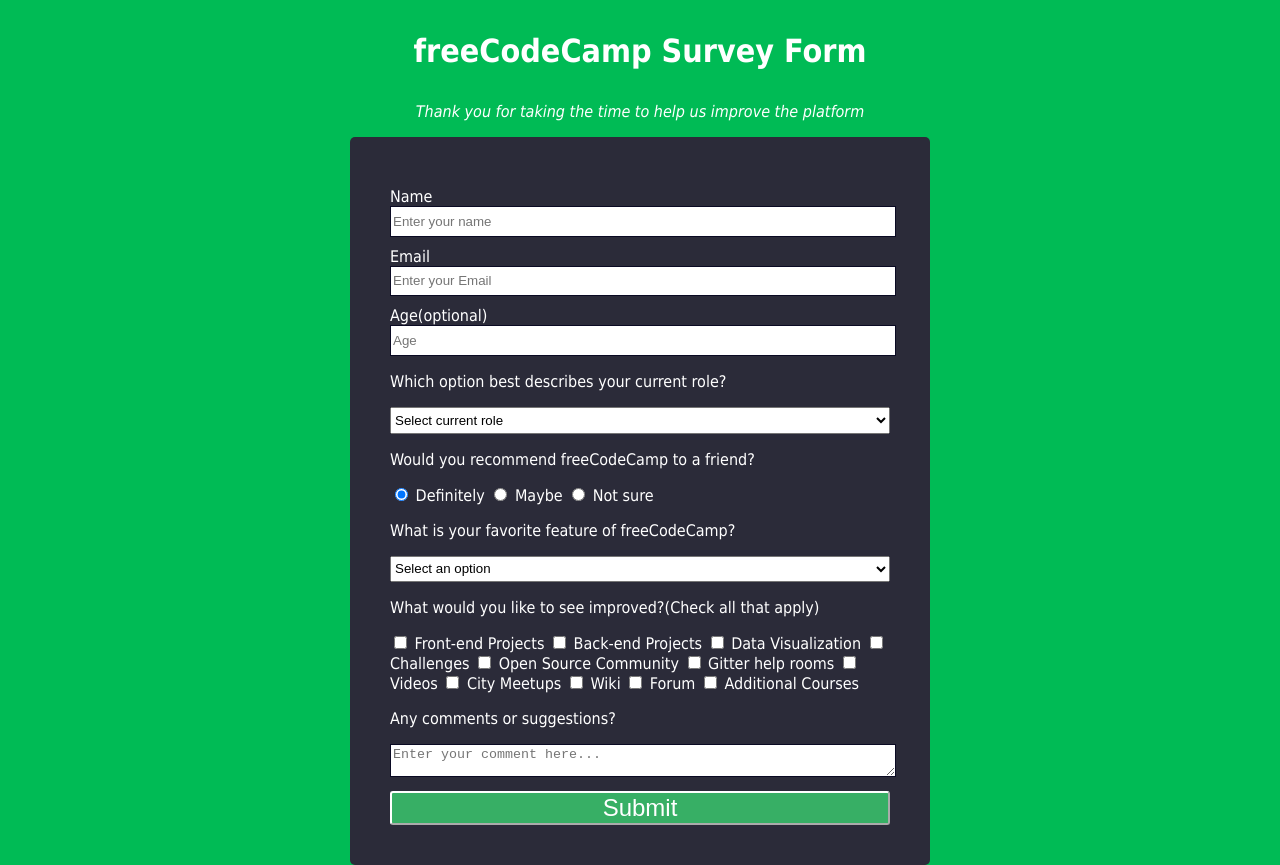
Repository: Lungdjos/survey_form_certification
Page: index.html
An editor plug-in stored every save of this project. The page is shown before and after the next save, followed by the edit.
The browser window is 1280 px wide. The pictures show the whole page.

Above is the page before, as saved 2023-10-10 14:32:56.

### index.html
<!DOCTYPE html>
<html lang="en">

<head>
    <meta charset="UTF-8">
    <meta name="viewport" content="width=device-width, initial-scale=1.0">
    <title>Survey Form</title>
    <link rel="stylesheet" href="styles.css">
</head>

<body>
    <div class="container">
        <header class="header">
            <h1 id="title" class="text-center">freeCodeCamp Survey Form</h1>
            <p id="description" class="description text-center">
                Thank you for taking the time to help us improve the platform
            </p>
        </header>
        <form id="survey-form">
            <div class="form-group">
                <label id="name-label" for="name">Name</label>
                <input type="text" name="name" id="name" class="form-control" placeholder="Enter your name" required />
            </div>
            <div class="form-group">
                <label id="email-label" for="email">Email</label>
                <input type="email" name="email" id="email" class="form-control" placeholder="Enter your Email" required />
            </div>
            <div class="form-group">
                <label id="number-label" for="number">Age<span class="clue">(optional)</span></label>
                <input type="number" name="age" id="number" min="10" max="99" class="form-control" placeholder="Age" />
            </div>
            <div class="form-group">
                <p>Which option best describes your current role?</p>
                <select id="dropdown" name="role" class="form-control" required>
                    <option disabled selected value>Select current role</option>
                    <option value="student">Student</option>
                    <option value="job">Full Time Job</option>
                    <option value="learner">Full Time Learner</option>
                    <option value="preferNo">Prefer not to say</option>
                    <option value="other">Other</option>
                </select>
            </div>

            <div class="form-group">
                <p>Would you recommend freeCodeCamp to a friend?</p>
                <label><input name="user-recommend" value="definitely" type="radio" class="input-radio" checked /> Definitely</label>
                <label><input name="user-recommend" value="maybe" type="radio" class="input-radio" /> Maybe</label>
                <label><input name="user-recommend" value="not-sure" type="radio" class="input-radio" /> Not sure</label>
            </div>

            <div class="form-group">
                <p>What is your favorite feature of freeCodeCamp?</p>
                <select id="most-like" name="mostLike" class="form-control" required>
                    <option disabled selected value>Select an option</option>
                    <option value="challenges">Challenges</option>
                    <option value="projects">Projects</option>
                    <option value="community">Community</option>
                    <option value="openSource">Open Source</option>
                </select>
            </div>

            <div class="form-group">
                <p>What would you like to see improved?<span class="clue">(Check all that apply)</span></p>
                <label><input name="prefer" value="front-end-projects" type="checkbox" class="input-checkbox" /> Front-end Projects</label>
                <label><input name="prefer" value="back-end-projects" type="checkbox" class="input-checkbox" /> Back-end Projects</label>
                <label><input name="prefer" value="data-visualization" type="checkbox" class="input-checkbox" /> Data Visualization</label>
                <label><input name="prefer" value="challenges" type="checkbox" class="input-checkbox" /> Challenges</label>
                <label><input name="prefer" value="open-source-community" type="checkbox" class="input-checkbox" /> Open Source Community</label>
                <label><input name="prefer" value="gitter-help-rooms" type="checkbox" class="input-checkbox" /> Gitter help rooms</label>
                <label><input name="prefer" value="videos" type="checkbox" class="input-checkbox" /> Videos</label>
                <label><input name="prefer" value="city-meetups" type="checkbox" class="input-checkbox" /> City Meetups</label>
                <label><input name="prefer" value="wiki" type="checkbox" class="input-checkbox" /> Wiki</label>
                <label><input name="prefer" value="forum" type="checkbox" class="input-checkbox" /> Forum</label>
                <label><input name="prefer" value="additional-courses" type="checkbox" class="input-checkbox" /> Additional Courses</label>
            </div>

            <div class="form-group">
                <p>Any comments or suggestions?</p>
                <textarea id="comments" class="input-textarea" name="comment" placeholder="Enter your comment here..."></textarea>
            </div>

            <div class="form-group">
                <button type="submit" id="submit" class="submit-button">Submit</button>
            </div>
        </form>
    </div>
</body>

</html>

### styles.css
/* designs for the survey form */


/* CSS for the Registration Form */

body {
    width: 100%;
    height: 100vh;
    /* will need to set the value to */
    margin: 15px 0 15px 0;
    color: #fff;
    font-size: 16px;
    font-family: Tahoma;
    background-color: #0b5;
}

.form-group {
    margin: 10px 0 0 0;
    width: 100%;
    border-radius: 3px;
    min-height: 2em;
}

input,
textarea {
    background-color: #fff;
    border: 1px solid #0a0a23;
    color: #0a0a23;
    ;
}

#title,
#description {
    margin: 1em auto;
    text-align: center;
}

#description {
    font-style: italic;
}

#survey-form {
    /* margin: 0px 30px 0px 30px; */
    margin: 0 auto;
    max-width: 500px;
    min-width: 300px;
    width: 60vw;
    background-color: #2b2b39;
    border-radius: 5px;
    padding: 40px;
}

button:hover {
    background-color: blanchedalmond;
    margin-bottom: 2em;
    color: #0a0a23;
    border: 4px solid #3b3b4f;
    border-radius: 8px;
}

button {
    display: block;
    width: 100%;
    margin: auto;
    font-size: 1.5rem;
    background-color: #37af65;
    color: #fff;
    border-color: white;
    min-width: 1em;
    border-radius: 3px;
}

input[type="text"],
input[type="email"],
input[type="number"],
select,
textarea {
    width: 100%;
    margin: auto;
    height: 2em;
}

#comments {
    height: ;
}

After the next save:
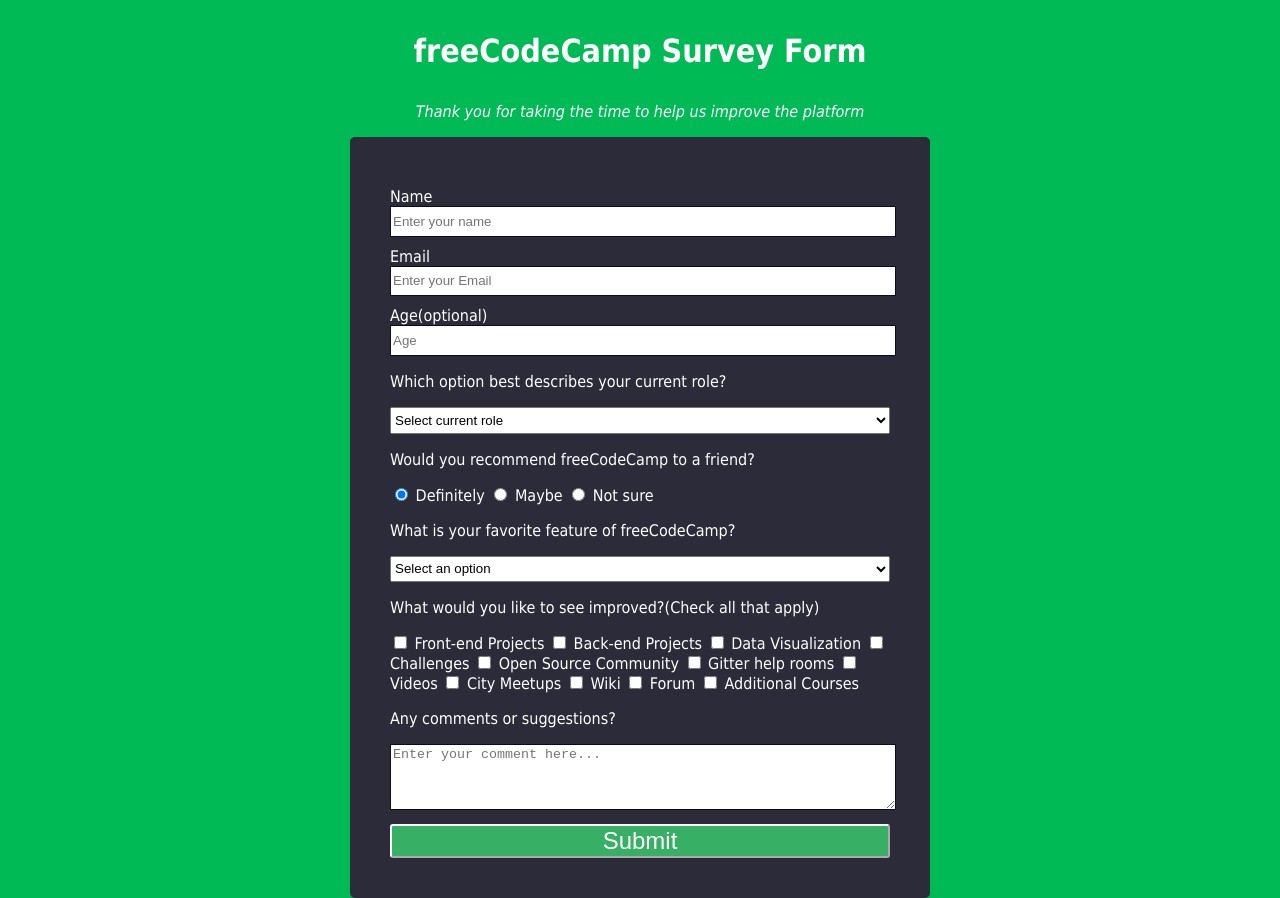
Saved 8 s later.
--- a/styles.css
+++ b/styles.css
@@ -81,5 +81,5 @@
 }
 
 #comments {
-    height: ;
+    height: 60px;
 }
